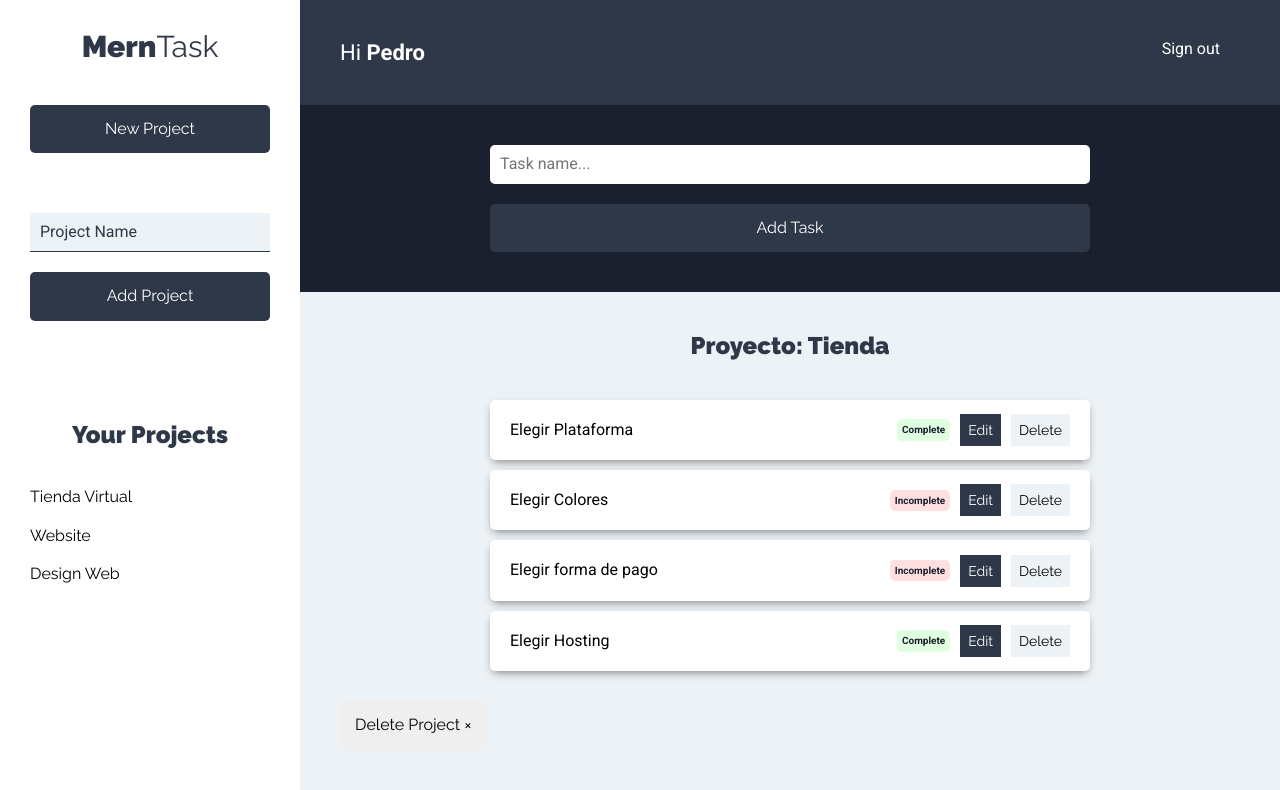
Repository: ppfeliuu/MERN-Task-Client
Page: /projects
An editor plug-in stored every save of this project. The page is shown before and after the next save, followed by the edit.
The browser window is 1280 px wide. The pictures show the whole page.
The project was rebuilt for these pictures with package versions that can differ from the ones it lists, and the page was loaded fresh each time. Also part of the build but not shown: src/components/auth/Login.js, src/components/auth/NewAccount.js.

Above is the page before, as saved 2020-02-16 20:05:01.

### src/App.js
import React from "react";
import { BrowserRouter as Router, Switch, Route } from "react-router-dom";
import Login from "./components/auth/Login";
import NewAccount from "./components/auth/NewAccount";
import Projects from "./components/projects/Projects";

import ProjectState from "./context/projects/projectState";

function App() {
  return (
    <ProjectState>
      <Router>
        <Switch>
          <Route exact path="/" component={Login} />
          <Route exact path="/new-account" component={NewAccount} />
          <Route exact path="/projects" component={Projects} />
        </Switch>
      </Router>
    </ProjectState>
  );
}

export default App;

### src/components/projects/Projects.js
import React from "react";
import Sidebar from "../layout/Sidebar";
import Bar from "../layout/Bar";
import FormTask from "../task/FormTask";
import ListTasks from "../task/ListTasks";

const Projects = () => {
  return (
    <div className="contenedor-app">
      <Sidebar />

      <div className="seccion-principal">
        <Bar />
        <main>
          <FormTask />
          <div className="contenedor-tareas">
            <ListTasks />
          </div>
        </main>
      </div>
    </div>
  );
};

export default Projects;

### src/context/projects/projectState.js
import React, { useReducer} from "react";

import projectContext from "./projectContext";
import projectReducer from "./projectReducer";

const ProjectState = props => {
  const initialState = {
    formProject: false
  };

  //Dispatch for actions
  const [state, dispatch] = useReducer(projectReducer, initialState);

  //Functions for crud project

  return (
      <projectContext.Provider value={{ formProject: state.newProjectForm}}>
          {props.children}
      </projectContext.Provider>
  )
}

export default ProjectState;

### src/components/layout/Sidebar.js
import React from 'react';
import NewProject from '../projects/NewProject';
import ListProjects from '../projects/ListProjects';

const Sidebar = () => {
    return (
        <aside>
            <h1>Mern<span>Task</span></h1>
            <NewProject />

            <div className="proyectos">
                <h2>Your Projects</h2>

                <ListProjects />
            </div>
        </aside>
    )
}

export default Sidebar

### src/components/layout/Bar.js
import React from 'react'

const Bar = () => {
    return (
        <div>
          <header className="app-header">
              <p className="nombre-usuario">Hi <span>Pedro</span></p>

              <nav className="nav-principal">
                  <a href="#!">Sign out</a>
              </nav>
              </header>
        </div>
    )
}

export default Bar

### src/components/task/FormTask.js
import React from 'react'

const FormTask = () => {
    return (
        <div className="formulario">
            <form>
                <div className="contenedor-input">
                    <input type="text"
                    className="input-text"
                    placeholder="Task name..."
                    name="nameTask"
                    />
                </div>

                <div className="contenedor-input">
                    <input type="submit"
                    className="btn btn-primario btn-submit btn-block"
                    value="Add Task"
                    />
                </div>
            </form>
        </div>
    )
}

export default FormTask

### src/components/task/ListTasks.js
import React from "react";
import Task from "./Task";

const ListTasks = () => {
  const task = [
    {
      name: "Elegir Plataforma",
      estado: true
    },
    {
      name: "Elegir Colores",
      estado: false
    },
    {
      name: "Elegir forma de pago",
      estado: false
    },
    {
      name: "Elegir Hosting",
      estado: true
    }
  ];

  return (
    <>
      <h2>Proyecto: Tienda</h2>

      <ul className="listado-tareas">
        {task.length === 0 ? (
          <li className="tarea">
            <p>No Tasks</p>
          </li>
        ) : (
          task.map(t => <Task task={t} />)
        )}
      </ul>
      <button type="button" className="btn btn-eliminar">
        Delete Project &times;
      </button>
    </>
  );
};

export default ListTasks;

### src/context/projects/projectContext.js
import { createContext } from 'react';

const projectContext = createContext();

export default projectContext;

### src/context/projects/projectReducer.js


export default (state, action) => {
    switch(action.type) {
        default:
            return state;
    }
}

### src/components/projects/NewProject.js
import React, { Fragment, useState, useContext } from 'react';
import projectContext from '../../context/projects/projectContext';

const NewProject = () => {


    //Get State from Form
    const projectsContext = useContext(projectContext);
    const { formProject } = projectsContext;

    // State for project
    const [project, setProject] = useState({
        name: ''
    });

    const { name } = project;

    const onChangeProject = e => {
        setProject({
            ...project,
            [e.target.name] : e.target.value
        })
    }

    const onSubmitProject = e => {
        e.preventDefault();

        //valid project

        // add state

        //reset form
    }

    return (
        <Fragment>
            <button type="button" className="btn btn-block btn-primario">New Project</button>

            <form className="formulario-nuevo-proyecto">
                <input type="text" className="input-text" placeholder="Project Name" name="name" value={name} onChange={onChangeProject} />
                <input type="submit" className="btn btn-block btn-primario" value="Add Project" onSubmit={onSubmitProject}/>
            </form>
        </Fragment>
    )
}

export default NewProject

### src/components/projects/ListProjects.js
import React from 'react'
import Project from './Project'

const ListProjects = () => {

    const projects = [
        {name: 'Tienda Virtual'},
        {name: 'Website'},
        {name: 'Design Web'},
    ]
    return (
        <ul className="listado-proyectos">
            {projects.map(project => (
                <Project project={project} />
            ))}
        </ul>
    )
}

export default ListProjects

### src/components/task/Task.js
import React from "react";

const Task = ({ task }) => {
  return (
    <li className="tarea sombra">
      <p>{task.name}</p>

      <div className="estado">
        {task.estado ? (
          <button type="button" className="completo">
            Complete
          </button>
        ) : (
            <button type="button" className="incompleto">
            Incomplete
          </button>
        )}
      </div>

      <div className="acciones">
          <button type="button" className="btn btn-primario">Edit</button>
          <button type="button" className="btn btn-secundario">Delete</button>
      </div>
    </li>
  );
};

export default Task;

### src/components/projects/Project.js
import React from 'react'

const Project = ({project}) => {
    return (
        <li>
            <button type="button" className="btn btn-blank">
                {project.name}
            </button>
        </li>
    )
}

export default Project

Loaded but not shown: public/index.html (common file); src/index.js (common file); src/index.css (common file); src/serviceWorker.js (common file)

After the next save:
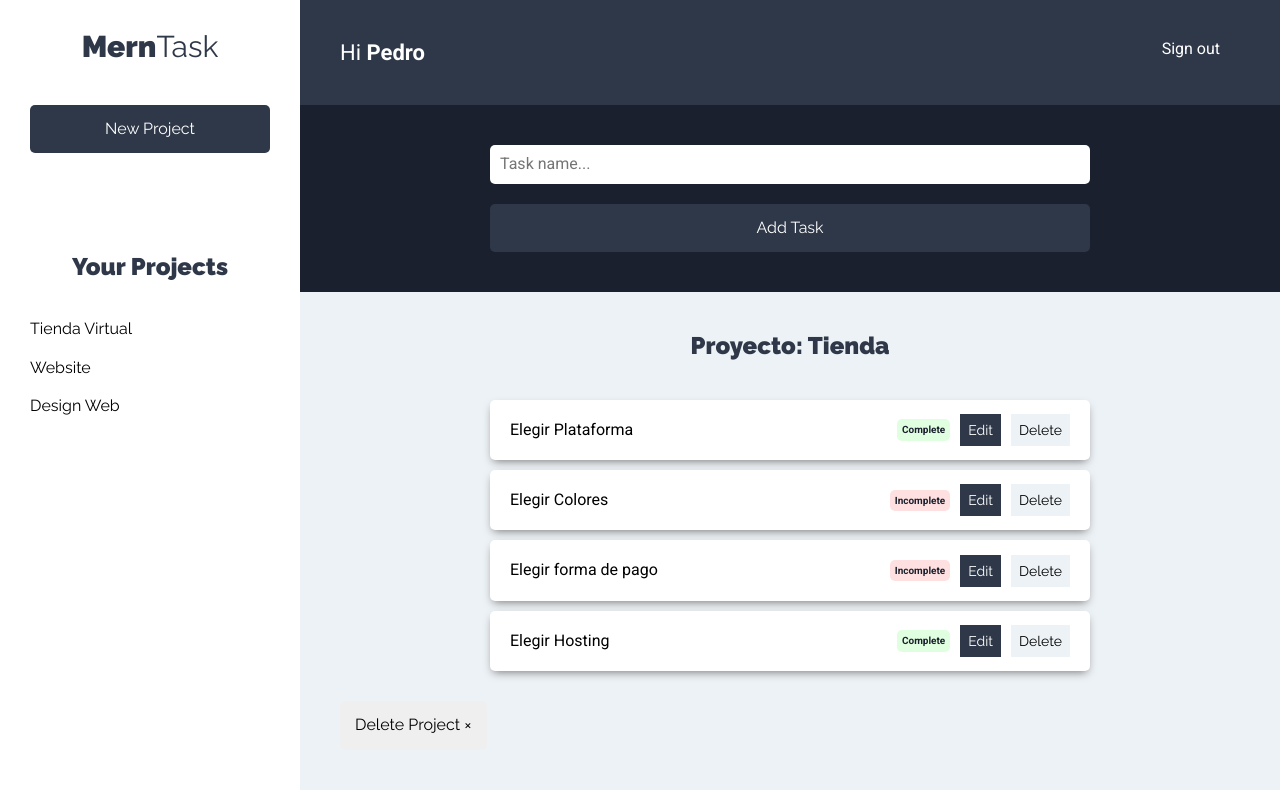
Saved 5 min 21 s later.
--- a/src/components/projects/NewProject.js
+++ b/src/components/projects/NewProject.js
@@ -1,47 +1,61 @@
-import React, { Fragment, useState, useContext } from 'react';
-import projectContext from '../../context/projects/projectContext';
+import React, { Fragment, useState, useContext } from "react";
+import projectContext from "../../context/projects/projectContext";
 
 const NewProject = () => {
+  //Get State from Form
+  const projectsContext = useContext(projectContext);
+  const { formProject } = projectsContext;
 
+  // State for project
+  const [project, setProject] = useState({
+    name: ""
+  });
 
-    //Get State from Form
-    const projectsContext = useContext(projectContext);
-    const { formProject } = projectsContext;
+  const { name } = project;
 
-    // State for project
-    const [project, setProject] = useState({
-        name: ''
+  const onChangeProject = e => {
+    setProject({
+      ...project,
+      [e.target.name]: e.target.value
     });
+  };
 
-    const { name } = project;
+  const onSubmitProject = e => {
+    e.preventDefault();
 
-    const onChangeProject = e => {
-        setProject({
-            ...project,
-            [e.target.name] : e.target.value
-        })
-    }
+    //valid project
 
-    const onSubmitProject = e => {
-        e.preventDefault();
+    // add state
 
-        //valid project
+    //reset form
+  };
 
-        // add state
+  return (
+    <Fragment>
+      <button type="button" className="btn btn-block btn-primario">
+        New Project
+      </button>
 
-        //reset form
-    }
+      {formProject ? (
+        <form className="formulario-nuevo-proyecto">
+          <input
+            type="text"
+            className="input-text"
+            placeholder="Project Name"
+            name="name"
+            value={name}
+            onChange={onChangeProject}
+          />
+          <input
+            type="submit"
+            className="btn btn-block btn-primario"
+            value="Add Project"
+            onSubmit={onSubmitProject}
+          />
+        </form>
+      ) : null}
+    </Fragment>
+  );
+};
 
-    return (
-        <Fragment>
-            <button type="button" className="btn btn-block btn-primario">New Project</button>
-
-            <form className="formulario-nuevo-proyecto">
-                <input type="text" className="input-text" placeholder="Project Name" name="name" value={name} onChange={onChangeProject} />
-                <input type="submit" className="btn btn-block btn-primario" value="Add Project" onSubmit={onSubmitProject}/>
-            </form>
-        </Fragment>
-    )
-}
-
-export default NewProject
+export default NewProject;

After the 3 saves that followed:
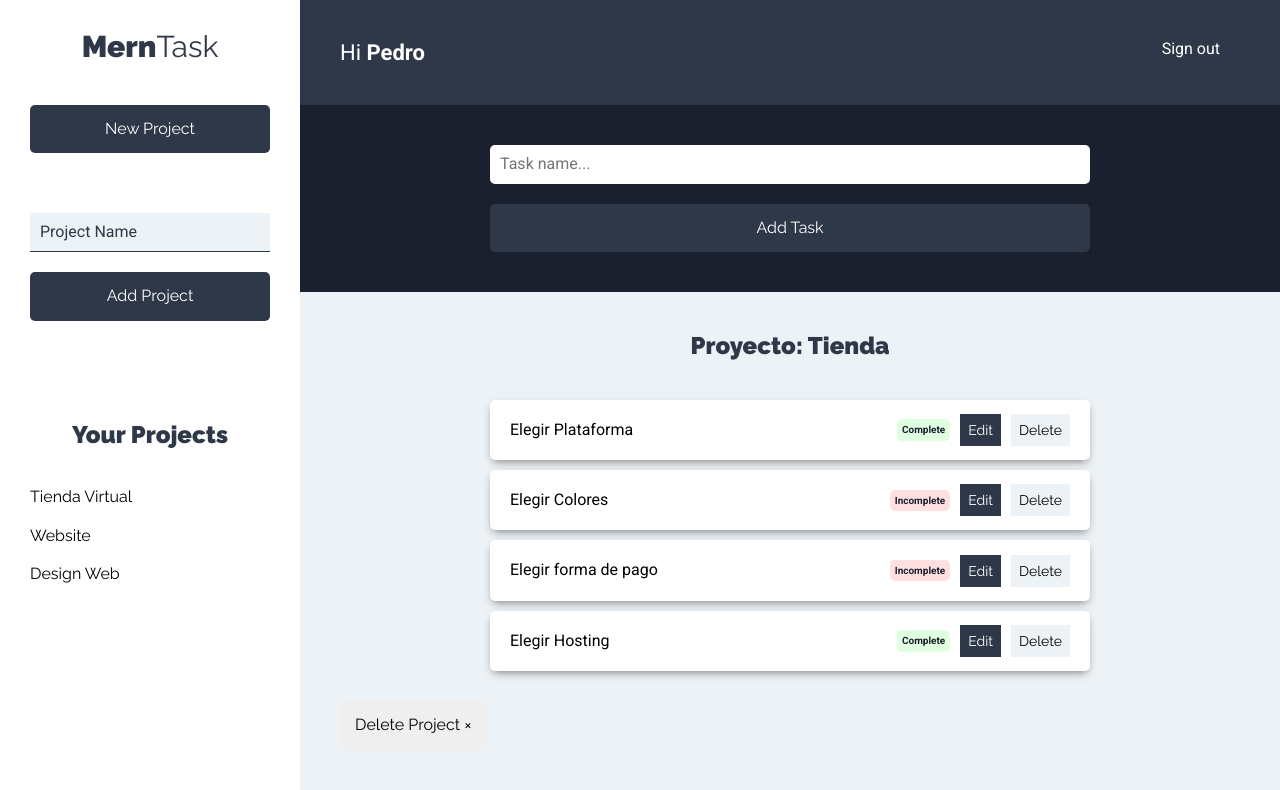
The 3 saves are shown as one change because 2 left the picture as it was.
The last was saved 2 min 24 s later.
--- a/src/context/projects/projectState.js
+++ b/src/context/projects/projectState.js
@@ -5,7 +5,7 @@ import projectReducer from "./projectReducer";
 
 const ProjectState = props => {
   const initialState = {
-    formProject: false
+    formProject: true
   };
 
   //Dispatch for actions
@@ -14,7 +14,7 @@ const ProjectState = props => {
   //Functions for crud project
 
   return (
-      <projectContext.Provider value={{ formProject: state.newProjectForm}}>
+      <projectContext.Provider value={{ formProject: state.formProject}}>
           {props.children}
       </projectContext.Provider>
   )
--- a/src/components/projects/NewProject.js
+++ b/src/components/projects/NewProject.js
@@ -5,6 +5,8 @@
   //Get State from Form
   const projectsContext = useContext(projectContext);
   const { formProject } = projectsContext;
+
+  console.log(formProject)
 
   // State for project
   const [project, setProject] = useState({
